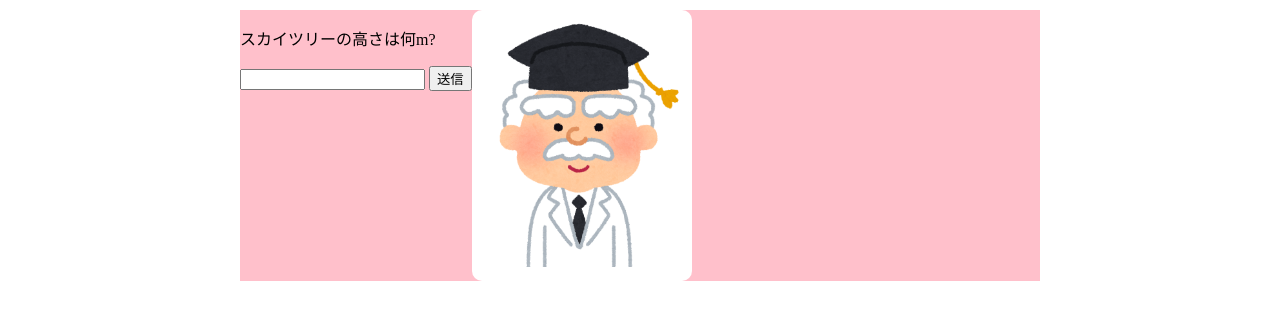
Repository: cshm225/jsplesson
Page: http://localhost/quiz/
These files come from the project's save history. The page is drawn as it stood at one moment and after the next save; the edit follows.
The browser window is 1280 px wide. The pictures show the whole page.
The page is served by Tomcat 9.

Above is the page before, as saved 2022-05-25 04:56:50.

### quiz/WebContent/index.html
<!DOCTYPE html>
<html>
<head>
<meta charset="UTF-8">
<title>Quiz</title>
<link rel="stylesheet" href="/quiz/css/main.css">
</head>
<body>
<div id="container">
	<div id="boxA">
		<p>スカイツリーの高さは何m?</p>
		<form action="/quiz/result" method="post" >
		<input type="text" name="ans">
		<input type="submit" value="送信">
</form>
	</div>
	<div id="boxB">
		<div class=imgbox>
			<img src="/quiz/images/smile.png">
		</div>
	</div>
</div>
</body>
</html>

### quiz/WebContent/css/main.css
@charset "UTF-8";
#container{
	width:800px;
	margin:10px auto;
	background:pink;
	display:flex;
}
#boxB .imgbox{
	border-radius:10px;
	overflow:hiden;
	width:200px;

	background:#fff;
	padding:10px;
}
#boxB .imgbox img{
	width:100%;
}

After the next save:
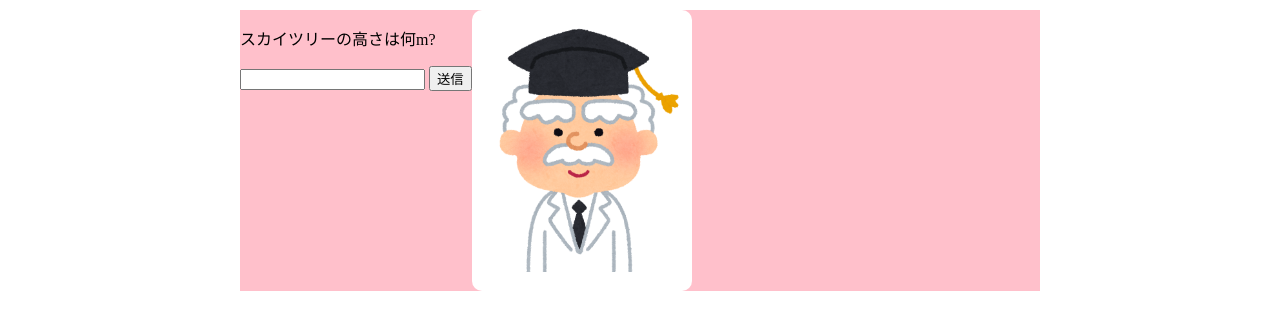
Saved 49 s later.
--- a/quiz/WebContent/css/main.css
+++ b/quiz/WebContent/css/main.css
@@ -11,7 +11,7 @@
 	width:200px;
 
 	background:#fff;
-	padding:10px;
+	padding:15px 10px;
 }
 #boxB .imgbox img{
 	width:100%;
